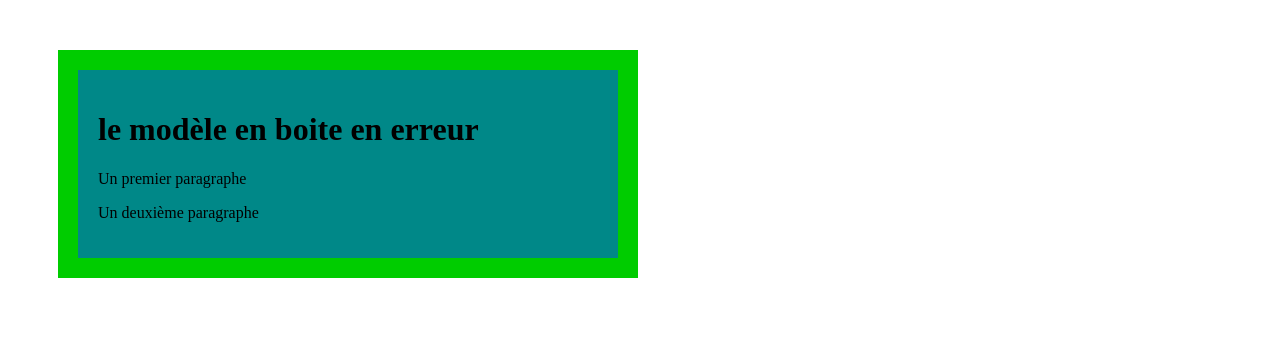
Repository: serviceshuios/-git-reference-java-lyon-worspace
Page: workspaceWeb/MaPremierePage/WebContent/ModeleEnBoiteErreur.html
An editor plug-in stored every save of this project. The page is shown before and after the next save, followed by the edit.
The browser window is 1280 px wide. The pictures show the whole page.

Above is the page before, as saved 2017-04-04 08:18:48.

After the next save:
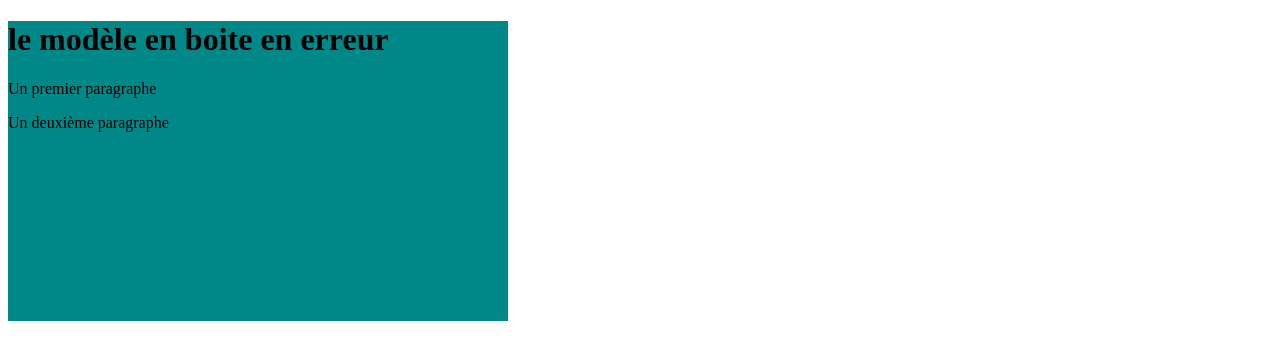
Saved 83 s later.
--- a/workspaceWeb/MaPremierePage/WebContent/css/style11.css
+++ b/workspaceWeb/MaPremierePage/WebContent/css/style11.css
@@ -1,7 +1,5 @@
 div{
 	background-color: #088;
 	width:500px;
-	padding:20px;
-	border:20px solid #0C0;
-	margin:50px;
+	height: 300px;
 }
